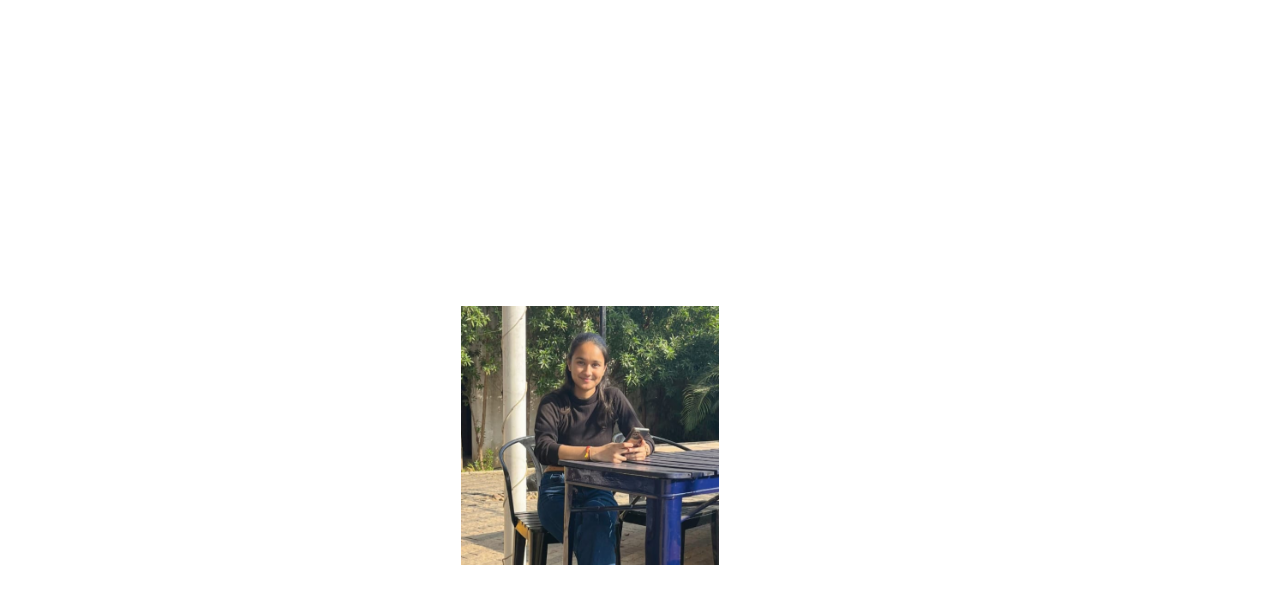
Repository: harshitap1305/Portfolio
Page: /
An editor plug-in stored every save of this project. The page is shown before and after the next save, followed by the edit.
The browser window is 1280 px wide. The pictures show the whole page.
The project was rebuilt for these pictures with package versions that can differ from the ones it lists, and the page was loaded fresh each time. Also part of the build but not shown: vite.config.js.

Above is the page before, as saved 2025-03-27 17:04:46.

After the next save:
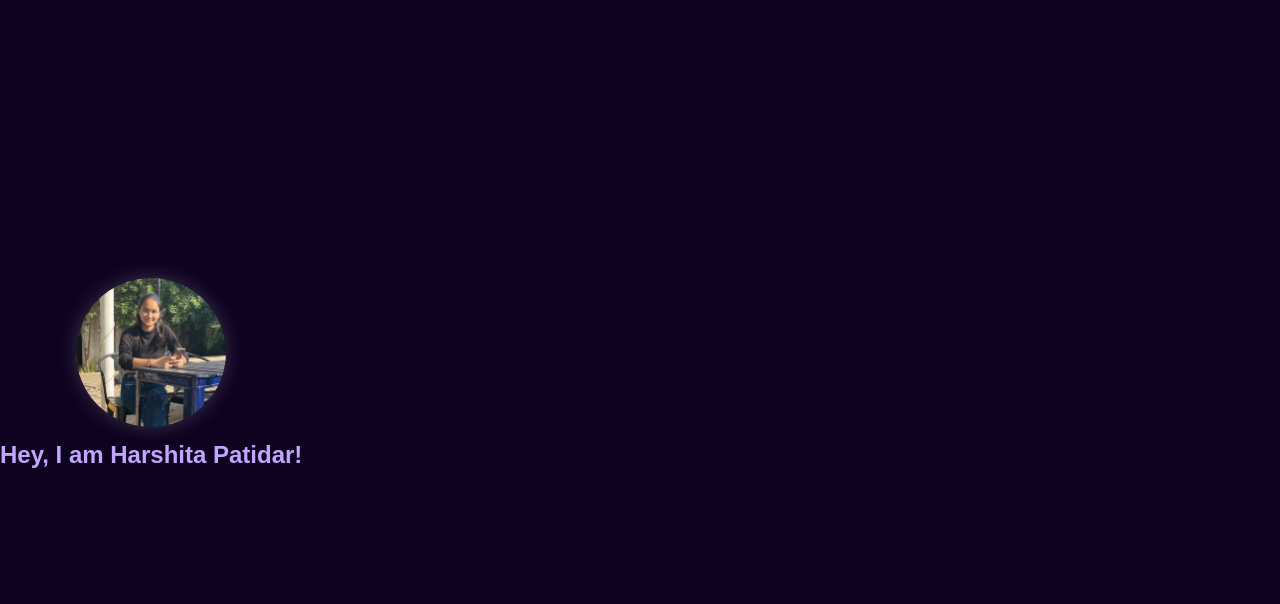
Saved 68 s later.
--- a/src/App.css
+++ b/src/App.css
@@ -1,34 +1,63 @@
-
-
-/* Me */
-
-
-.name{
-font-family: 'Preahvihear';
-font-style: normal;
-font-weight: 400;
-font-size: 50px;
-line-height: 63px;
-display: flex;
-align-items: center;
-letter-spacing: 0.02em;
-color: #FFFFFF;
+/* Background */
+body {
+  background-color: #0d021f;
+  color: white;
+  font-family: 'Poppins', sans-serif;
+  text-align: center;
 }
 
-/* Gradient */
-.harshita{
-position: absolute;
-width: 385px;
-height: 431px;
-left: 385px;
-top: 220px;
+/* Image Styling */
+.harshita {
+  width: 150px; /* Adjust size */
+  border-radius: 50%;
+  display: block;
+  margin: 50px auto 10px;
+  box-shadow: 0px 0px 20px rgba(255, 255, 255, 0.2);
+}
 
-background: radial-gradient(50% 50% at 50% 50%, #763CAC 0%, rgba(50, 15, 133, 0) 100%);
+/* Name Styling */
+.name {
+  font-size: 24px;
+  font-weight: bold;
+  margin-top: 10px;
+  color: #c3a5ff; /* Light purple */
 }
-.harshita {
+
+/* Tagline Styling */
+.tagline {
+  font-size: 18px;
+  margin-top: 5px;
+  opacity: 0.8;
+}
+
+/* Styled Text */
+.judging-text {
+  font-size: 36px;
+  font-weight: bold;
+  margin-top: 20px;
+}
+
+.cover {
+  color: #8a4bff;
+  text-decoration: underline;
+  font-style: italic;
+  position: relative;
+}
+
+.cover::after {
+  content: '';
   position: absolute;
-  width: 258px;
-  height: 259px;
-  left: 461px;
-  top: 305.96px;
-  }
+  left: 0;
+  bottom: -5px;
+  width: 100%;
+  height: 3px;
+  background-color: #8a4bff;
+  border-radius: 2px;
+}
+
+/* Subtext */
+.subtext {
+  font-size: 14px;
+  margin-top: 5px;
+  opacity: 0.7;
+}
